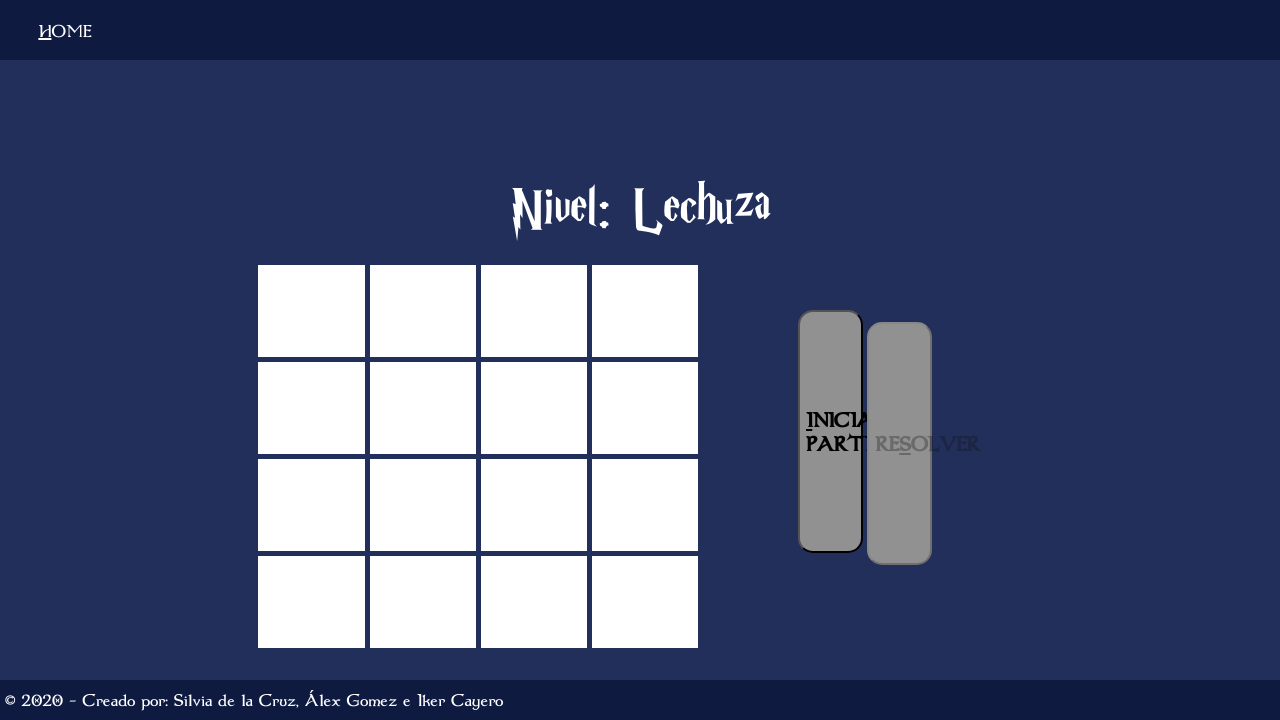
Repository: alexgomezdev/RavenclawSimon
Page: http://localhost/start.php?do=tryagain
An editor plug-in stored every save of this project. The page is shown before and after the next save, followed by the edit.
The browser window is 1280 px wide. The pictures show the whole page.
The page is run by PHP 8.4 with error messages shown; the project is at /var/www/html/.

Above is the page before, as saved 2020-11-04 19:44:55.

### start.php
<!DOCTYPE html>
<?php
session_start();
?>
<html lang="en">

<head>
    <link rel="stylesheet" href="templates/lib.css">
    <link rel="stylesheet" href="templates/start.css">
    <link rel="stylesheet" href="templates/general.css">
    <meta charset="UTF-8">
    <meta name="viewport" content="width=device-width, initial-scale=1.0">
    <title>Ravenclaw Simon</title>
</head>

<body>
    <header>
        <div id="home_link_div">
            <a href="index.php" id="home_link" accesskey="h"><span class="accesskey">H</span>OME</a>
        </div>
    </header>
    <div id="show_name">
        <?php
        if (isset($_POST['username'])) {
            $username = $_POST['username'];
            if (isset($_SESSION['user']) && $_SESSION['user'] != $_POST['username']) {
                session_unset();
            }
            if (isset($_SESSION['user'])) {
                echo 'Jugador: ' . $_SESSION['user'];
            } else {
                $_SESSION['user'] = $username;

                echo 'Jugador: ' . $_SESSION['user'];
            }
        } else {
            if (isset($_SESSION['user'])) {
                echo 'Jugador: ' . $_SESSION['user'];
            }
        }
        if (isset($_SESSION['lvl'])) {
            if ( isset($_GET["do"]) && $_GET["do"] == "next") {
                $_SESSION['rankPoints'] = $_SESSION['rankPoints'] + 1000;
                $_SESSION['lvl'] = $_SESSION['lvl'] + 1;
            } else if (isset($_GET["do"]) && $_GET["do"] == "tryagain") {
                $_SESSION['rankPoints'] = $_SESSION['rankPoints'] - 50;
            }
        } else {
            $_SESSION['lvl'] = 0;
        }
        if (!isset($_SESSION['rankPoints'])) {
            $_SESSION['rankPoints'] = 1000;
        }
        $archivo = file('templates/config.txt');
        $nivel = explode(";", $archivo[$_SESSION['lvl']]);
        $filas = explode("x", $nivel[1]);
        $randArray = [];
        $randNum = [];
        $segons = $nivel[3] * 1000;
        echo "</br>Nivel: " . $nivel[0];
        ?>
        <script type="text/javascript">
            var segons = <?php echo $segons; ?>

        </script>
    </div>
    <script src="js/playing.js"></script>
    <div class=" maxwd just-cont-center ds-flex">
        <div class="table">
            <?php

            for ($m = 1; $m <= $nivel[2]; $m++) {
                $randNum = rand(0, ($filas[0] * $filas[1]) - 1);
                if (in_array($randNum, $randArray)) {
                    $m = $m - 1;
                } else {
                    array_push($randArray, $randNum);
                }
            }
            //echo "<PRE>" . print_r($_SESSION['lvl'], true) . "</PRE>";
            //0. NOM, 1. MATRIU, 2. PINTAR 3. SEGS, 4.CODI

            $cont = 0;
            //echo "<PRE>" . var_export($nivel, true) . "</PRE>";

            echo " <table class='tg'><tbody>";
            for ($i = 1; $i <= $filas[0]; $i++) {
                echo "<tr>";
                for ($x = 1; $x <= $filas[1]; $x++) {
                    if (in_array($cont, $randArray)) {
                        echo "<td class='tg plus'  id='. $cont . ' ' '></td>";
                        $cont = $cont + 1;
                    } else {
                        echo "<td class='tg' id='. $cont . ' '></td>";
                        $cont = $cont + 1;
                    }
                }
                echo "</tr>";
            }
            echo " </tbody> </table>";
            //echo "<PRE>" . print_r($filas, true) . "</PRE>";
            ?>
        </div>
        <div class=" ds-flex just-space-around">
            <div id="button_div">
                <button class="button_play" onclick="showNices()" accesskey="i">
                    <h3><span class="accesskey">I</span>NICIAR PARTIDA</h3>
                </button>
                <button class="button_play" id="solve_button" onclick="winorlose()" accesskey="s" disabled>
                    <h3>RE<span class="accesskey">S</span>OLVER</h3>
                </button>
            </div>
        </div>
    </div>
    <footer>
        <div id="footer_content">
            &#0169 2020 - Creado por: Silvia de la Cruz, Álex Gomez e Iker Cayero
        </div>
    </footer>
    <script type="text/javascript" src="main.js"></script>
</body>

</html>

### templates/config.txt
Lechuza;4x4;5;3;AA11
Duendecillo;4x4;7;3;AZ21
Centauro;4x4;8;2.5;BA3G
Trol;4x4;10;2.5;S7R
Hipogrifo;5x5;7;3.5;R67T
Gigante;5x5;10;3;78K5
Dementor;5x5;13;3;OPH0
Cancerbero;5x5;14;2.5;I796
Dragón;5x5;15;2.5;9UGG
Basilisco;6x6;16;3;6GPD

### templates/lib.css
.maxwd {
  width: 100%;
}

.ds-flex {
  display: flex;
}
.just-cont-center {
  justify-content: center;
}
.just-space-around {
  justify-content: space-around;
}

### templates/start.css
.tg {
  border-collapse: collapse;
  border-width: 5px;
  width: 450px;
  height: 90px;
  background-color: white;
  border-style: solid;
  border-color: #222f5b;
}

#show_name {
  color: #ffffff;
  font-family: "Harry_Potter";
  font-size: 60px;
  width: 100%;
  text-align: center;
  margin-top: 120px;
  margin-bottom: 20px;
}

table {
  width: 100%;
  margin: 0 auto;
}

.nice {
  background-color: #946b2d;
}

#button_div {
  display: inline-block;
  margin-top: 50px;
  margin-bottom: 100px;
  text-align: center;
  width: 100%;
}

.button_play {
  border-radius: 15px;
  background-color: #919191;
  font-family: "Dumbledore";
  font-size: 20px;
  width: 20%;
  height: 100%;
}

.button_play:hover {
  color: #5d5d5d;
  background-color: #ffffff;
}

.choosed {
  background-color: aqua;
}

### templates/general.css
@font-face {
  font-family: "Harry_Potter";
  src: url("../templates/typography/HARRYP.TTF") format("truetype");
}

@font-face {
  font-family: "Dumbledore";
  src: url("../templates/typography/dumbledor.1.ttf") format("truetype");
}

html {
  min-height: 100%;
  position: relative;
}

body {
  font-family: "Dumbledore";
  background-color: #222f5b;
}

header {
  background-color: #0e1a40;
  top: 0;
  left: 0;
  position: fixed;
  width: 100%;
  height: 60px;
  display: inline-flex;
}

#home_link_div {
  margin-left: 3%;
  padding-top: 9px;
  text-align: center;
  width: 3%;
  height: 100%;
  margin-right: none;
}

#home_link {
  display: flex;
  justify-content: center;
  align-items: center;
  color: #ffffff;
  font-size: 20px;
  text-decoration: none;
  width: min-content;
  height: 60%;
  margin-top: 10%;
  margin-bottom: 10%;
}

#title {
  color: #ffffff;
  font-family: "Harry_Potter";
  font-size: 60px;
  width: 100%;
  text-align: center;
  margin-top: 120px;
}

.accesskey {
  text-decoration: underline;
}
main {
  width: 100%;
}

footer {
  color: #ffffff;
  background-color: #0e1a40;
  bottom: 0;
  left: 0;
  position: absolute;
  width: 100%;
  height: 30px;
  display: flex;
  padding-top: 10px;
  clear: both;
}

#footer_content {
  margin-left: 5px;
  color: #ffffff;
  font-size: 20px;
  vertical-align: center;
  height: 60%;
}

### js/playing.js
var tdscorrects = document.getElementsByClassName('plus');
function hideNices (){
    for (const key of tdscorrects) {
        key.classList.remove('nice');
    }
    document.getElementById("solve_button").removeAttribute('disabled');
    var clickable = document.getElementsByClassName('tg');
    var clickable = document.getElementsByClassName('tg');
    for (const x of clickable) {
        x.setAttribute('onclick', 'choose(this.id)');
    }
    startTime =new Date();
};
function showNices(){
    for (const x of tdscorrects) {
            x.classList.add('nice');
        }
    setTimeout(hideNices,4000)
    };

function choose(id) {
    var elem = document.getElementById(id)
    if (elem.classList.contains('nice')){
        elem.classList.remove('nice');
    }else{
        elem.classList.add('nice');
    }
};

function winorlose() {
    endTime = new Date();
    var intervalTime = endTime - startTime ;
    intervalTime = intervalTime/100;
    timeToReturn = Math.round(intervalTime);
    var playResut = document.getElementsByClassName('plus nice');
    var contNice = document.getElementsByClassName('nice')
    if ((contNice.length == tdscorrects.length) && ((playResut.length == tdscorrects.length)) ){
        window.open("success.php?tiempo="+timeToReturn, "_self");
    }else{
        window.open("gameOver.php", "_self");
    }
    // alert(playResut.length);
};

### main.js
function cambia_color() {
    celda= document.getElementById("celda"+document.fcolor.celda.value)
    celda.style.backgroundColor=document.fcolor.micolor.value
}

After the next save:
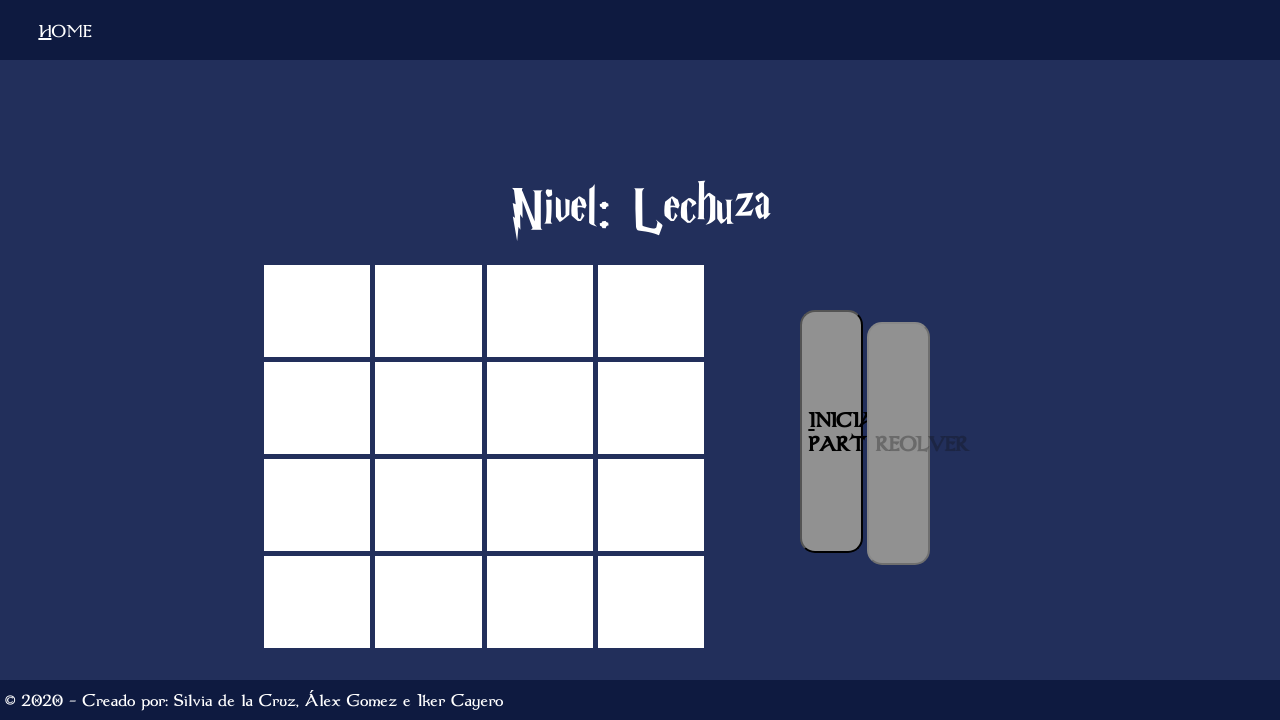
Saved 27 s later.
--- a/start.php
+++ b/start.php
@@ -107,7 +107,7 @@
                     <h3><span class="accesskey">I</span>NICIAR PARTIDA</h3>
                 </button>
                 <button class="button_play" id="solve_button" onclick="winorlose()" accesskey="s" disabled>
-                    <h3>RE<span class="accesskey">S</span>OLVER</h3>
+                    <h3>RE<title class="accesskey">S</title>OLVER</h3>
                 </button>
             </div>
         </div>

After the 2 saves that followed:
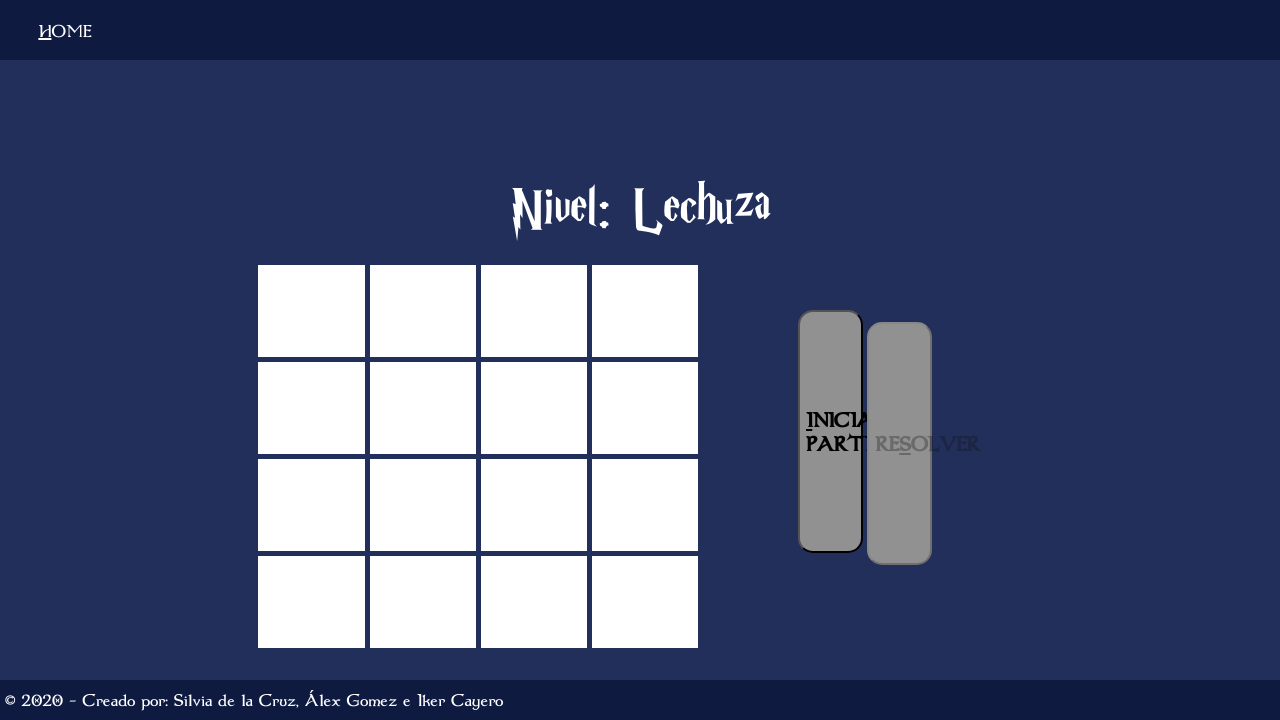
The 2 saves are shown as one change because 1 left the picture as it was.
The last was saved 2 min 17 s later.
--- a/start.php
+++ b/start.php
@@ -107,7 +107,7 @@
                     <h3><span class="accesskey">I</span>NICIAR PARTIDA</h3>
                 </button>
                 <button class="button_play" id="solve_button" onclick="winorlose()" accesskey="s" disabled>
-                    <h3>RE<title class="accesskey">S</title>OLVER</h3>
+                    <h3>RE<span class="accesskey">S</span>OLVER</h3>
                 </button>
             </div>
         </div>
--- a/templates/general.css
+++ b/templates/general.css
@@ -59,7 +59,7 @@
   margin-top: 120px;
 }
 
-.accesskey {
+span.accesskey {
   text-decoration: underline;
 }
 main {
